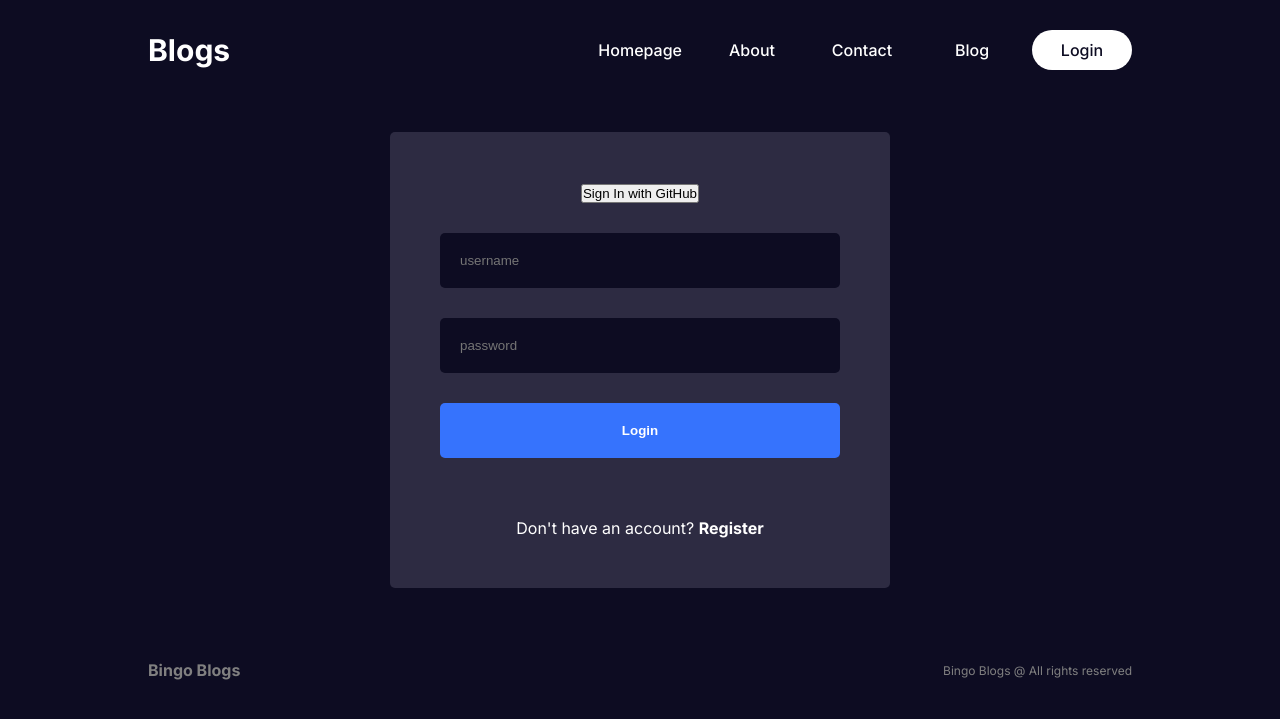
Repository: Kisho14/Blog-Post-Next.js
Page: /login
An editor plug-in stored every save of this project. The page is shown before and after the next save, followed by the edit.
The browser window is 1280 px wide. The pictures show the whole page.
The page's requests for data from a server got no answer. The project was rebuilt for these pictures with package versions that can differ from the ones it lists, and the page was loaded fresh each time. The framework's server and built-in components were replaced by stand-ins that run in the browser. No one was signed in, and anything a server would have sent is missing. Also part of the build but not shown: next.config.mjs. Imported but missing from the stored project, and not drawn on this page: src/lib/models.

Above is the page before, as saved 2024-04-08 16:42:07.

### src/app/layout.js
import { Inter } from "next/font/google";
import "./globals.css";
import Navbar from "@/components/navbar/Navbar";
import Footer from "@/components/footer/Footer";

const inter = Inter({ subsets: ["latin"] });

export const metadata = {
  title: {
    default: "Bingo Blog Homepage",
      template:"%s | Bingo Blog"
  },
  description: "Created and developed by Kishore Dev",
};

export default function RootLayout({ children }) {
  return (
    <html lang="en">
      <body className={inter.className}>
        <div className="container">
          <Navbar />
          {children}
          <Footer />
        </div>
      </body>
    </html>
  );
}

### src/app/(auth)/login/page.jsx
import LoginForm from "@/components/loginForm/LoginForm";
import { handleGithubLogin } from "@/lib/action";
import React from "react";
import styles from './login.module.css'

const LoginPage = async () => {
  return (
    <div className={styles.container}>
      <div className={styles.wrapper}>
        <form action={handleGithubLogin}>
          <button className={styles.github}>Sign In with GitHub</button>
        </form>
        <LoginForm />
      </div>
    </div>
  );
};

export default LoginPage;

### src/app/globals.css
/* @tailwind base;
@tailwind components;
@tailwind utilities; */

/* we can use these variable in any component or page */
:root {
  --bg: #0d0c22;
  --bgSoft: #2d2b42;
  --text: white;
  --textSoft: #e5e5e5;
  --btn: #3673fd;
}

* {
  margin: 0;
  padding: 0;
  box-sizing: border-box;
}

body {
  background-color: var(--bg);
  color: var(--text);
}

a {
  text-decoration: none;
  color: inherit;
}

.container {
  /* background-color: purple; */
  width: 1326px;
  margin: auto;
  padding-left: 50px;
  padding-right: 50px;
  min-height: 100vh;
  display: flex;
  flex-direction: column;
  justify-content: space-between;
}

@media (max-width: 1326px) {
  .container {
    width: 1280px;
  }
}
@media (max-width: 1280px) {
  .container {
    width: 1024px;
    padding-left: 20px;
    padding-right: 20px;
  }
}
@media (max-width: 1024px) {
  .container {
    width: 768px;
  }
}
@media (max-width: 768px) {
  .container {
    width: 640px;
  }
}
@media (max-width: 640px) {
  .container {
    width: 475px;
  }
}
@media (max-width: 475px) {
  .container {
    width: 380px;
  }
}

### src/components/navbar/Navbar.jsx
import Link from "next/link";
import React from "react";
import Links from "./links/Links";
import styles from "./navbar.module.css"
import { auth } from "@/lib/auth";

const Navbar = async () => {

const session = await auth();

// console.log(session)

  return (
    <div className={styles.container}>
      <Link href="/" className={styles.logo}>Blogs</Link>
      <div>
        <Links session={session}/>
      </div>
    </div>
  );
};

export default Navbar;

### src/components/footer/Footer.jsx
import React from 'react'
import styles from './footer.module.css'

const Footer = () => {
  return (
    <div className={styles.container}>
      <div className={styles.logo}>Bingo Blogs</div>
      <div className={styles.text}>Bingo Blogs @ All rights reserved</div>
    </div>
  )
}

export default Footer

### src/components/loginForm/LoginForm.jsx
"use client"
import React, { useEffect } from "react";
import styles from "./loginForm.module.css";
import { login } from "@/lib/action";
import { useFormState } from "react-dom";
import Link from "next/link";
import { useRouter } from "next/navigation";

const LoginForm = () => {
  const [state, formAction] = useFormState(login, undefined);

  const router = useRouter();

//   useEffect(()=>{
//     state?.success && router.push('/login')
//   },[state?.success, router])

  return (
    <form className={styles.form} action={formAction}>
      <input type="text" placeholder="username" name="username" />
      <input type="password" placeholder="password" name="password" />
      <button>Login</button>
      <span className={styles.errorMsg}>{state?.error}</span>
      <Link href="/Register">
        {"Don't have an account?"} <b>Register</b>
      </Link>
    </form>
  );
};

export default LoginForm;

### src/lib/action.js
"use server";
import { revalidatePath } from "next/cache";
import { Post, User } from "./models";
import { connectToDb } from "./utils";
import { signIn, signOut } from "./auth";
import bcrypt from "bcrypt";

export const addPost = async (formData) => {
  // const title = formData.get("title")
  // const desc = formData.get("desc")
  // const slug = formData.get("slug")
  // const userId = formData.get("userId")

  const { title, desc, slug, userId } = Object.fromEntries(formData);

  try {
    connectToDb();
    const newPost = new Post({
      title,
      desc,
      slug,
      userId,
    });

    await newPost.save();
    console.log("saved to db");
    //The cache is invalid only when this path is accessed.
    revalidatePath("/blog");
  } catch (err) {
    console.log(err);
    return { error: "Something went wrong" };
  }
};

export const deletePost = async (formData) => {
  const { id } = Object.fromEntries(formData);

  try {
    connectToDb();
    await Post.findByIdAndDelete(id);
    console.log("deleted from db");
    //The cache is invalid only when this path is accessed. and data's are refreshed.
    revalidatePath("/blog");
  } catch (err) {
    console.log(err);
    return { error: "Something went wrong" };
  }
};

export const handleGithubLogin = async () => {
  "use server";
  await signIn("github");
};

export const handleLogout = async () => {
  "use server";
  await signOut();
};

export const register = async (previousState, fromData) => {
  const { username, email, password, passwordRepeat } =
    Object.fromEntries(fromData);

  if (password !== passwordRepeat) {
    return { error: "Passwords do not match" };
  }

  try {
    connectToDb();

    const user = await User.findOne({ username: username });

    if (user) {
      return { error: "Username already exists" };
    }

    // Encrypting the password using bcrypt
    const salt = await bcrypt.genSalt(10);
    const hashedPassword = await bcrypt.hash(password, salt);

    const newUser = new User({
      username,
      email,
      password: hashedPassword,
    });

    await newUser.save();
    console.log("User saved to the database");

    return { success: true };
  } catch (err) {
    console.log(err);
    return { error: "Something went wrong" };
  }
};

export const login = async (fromData) => {
  const { username, password } = Object.fromEntries(fromData);

  try {
    await signIn("credentials", { username, password });
  } catch (err) {
    console.log(err);
    return { error: "Something went wrong" };
  }
};

### src/app/(auth)/login/login.module.css
.container {
    display: flex;
    align-items: center;
    justify-content: center;
  }

  .wrapper {
    width: 500px;
    background-color: var(--bgSoft);
    padding: 50px;
    display: flex;
    flex-direction: column;
    text-align: center;
    gap: 30px;
    border-radius: 5px;
  }

### src/components/navbar/links/Links.jsx
"use client";
import React, { useState } from "react";
import styles from "./links.module.css";
import NavLink from "./navLink/navLink";
import Image from "next/image";
import { handleLogout } from "@/lib/action";

const links = [
  {
    title: "Homepage",
    path: "/",
  },
  {
    title: "About",
    path: "/about",
  },
  {
    title: "Contact",
    path: "/contact",
  },
  {
    title: "Blog",
    path: "/blog",
  },
];

const Links = ({session}) => {
  const [open, setOpen] = useState(false);

  // TEMPORARY
  const isAdmin = true;

  return (
    <div className={styles.container}>
      <div className={styles.links}>
        {links.map((link) => (
          <NavLink link={link} key={link.title} />
        ))}
        {session?.user ? (
          <>
            {session.user?.isAdmin && <NavLink link={{ title: "Admin", path: "/admin" }} />}
            <form action={handleLogout}>
              <button className={styles.logout}>Logout</button>
            </form>
          </>
        ) : (
          <NavLink link={{ title: "Login", path: "/login" }} />
        )}
      </div>
      <Image
        className={styles.menuButton}
        src="/menu.png"
        alt=""
        width={30}
        height={30}
        onClick={() => setOpen((prev) => !prev)}
      />
      {open && (
        <div className={styles.mobileLinks}>
          {links.map((link) => (
            <NavLink link={link} key={link.title} />
          ))}
        </div>
      )}
    </div>
  );
};

export default Links;

### src/components/navbar/navbar.module.css
.container{
    height: 100px;
    display: flex;
    align-items: center;
    justify-content: space-between;
}

.logo{
    font-size: 30px;
    font-weight: bold;
    padding-right: 20px;
}

### src/lib/auth.js
import NextAuth from "next-auth";
import GitHub from "next-auth/providers/github";
import CredentialsProvider from "next-auth/providers/credentials";
import { connectToDb } from "./utils";
import { User } from "./models";
import bcrypt from "bcrypt";

const login = async (credentials) => {
  try {
    connectToDb();
    const user = await User.findOne({ username: credentials.username });

    if (!user) {
      return "User not found";
    }
    const isPasswordCorrect = await bcrypt.compare(
      credentials.password,
      user.password
    );

    if (!isPasswordCorrect) {
      throw new Error("Wrong credentials!");
    }

    return user;
  } catch (err) {
    console.log(err);
    throw new Error("Failed to login");
  }
};

export const {
  handlers: { GET, POST },
  auth,
  signIn,
  signOut,
} = NextAuth({
  providers: [
    // Using this provider we can create the user session
    GitHub({
      clientId: process.env.GITHUB_ID,
      clientSecret: process.env.GITHUB_SECRET,
    }),
    CredentialsProvider({
      async authorize(credentials) {
        console.log("Hey there!")
        try {
          const user = await login(credentials)
          return user;
        } catch (err) {
          return null;
        }
      },
    }),
  ],
  callbacks: {
    async signIn({ user, account, profile }) {
      // console.log(profile)
      if (account.provider === "github") {
        connectToDb();
        try {
          const user = await User.findOne({ email: profile.email });

          if (!user) {
            const newUser = new User({
              username: profile.login,
              email: profile.email,
              img: profile.avatar_url,
            });

            await newUser.save();
          }
        } catch (err) {
          console.log(err);
          return false;
        }
      }
      return true;
    },
  },
});

### src/components/footer/footer.module.css
.container{
    height: 100px;
    display: flex;
    align-items: center;
    justify-content: space-between;
    color: gray;
}

.logo{
    font-weight: bold;
}

.text{
    font-size: 12px;
}

@media (max-width:768px){
    .container{
        flex-direction: column;
        align-items: center;
        justify-content: space-around;
    }
}

### src/components/loginForm/loginForm.module.css
.form {
    display: flex;
    flex-direction: column;
    text-align: center;
    gap: 30px;
  }

  .form input {
    padding: 20px;
    background-color: var(--bg);
    color: var(--text);
    border: none;
    border-radius: 5px;
  }

  .form button {
    padding: 20px;
    cursor: pointer;
    background-color: var(--btn);
    color: var(--textColor);
    font-weight: bold;
    border: none;
    border-radius: 5px;
  }

  .errorMsg {
    color: red;
  }

### src/lib/utils.js
const { default: mongoose } = require("mongoose");

// If we are working in dev mode, whenever we refresh our application it will create a new connection to db.
const connection = {
    isConnected: false,
};

export const connectToDb = async () => {
  try {
    if(connection.isConnected){
        console.log("Using existing connection")
        return;
    }
    const db = await mongoose.connect(process.env.MONGO);
    connection.isConnected = db.connections[0].readyState;
  } catch (error) {
    console.error(error)
    // handleError(error);
  }
};

### src/components/navbar/links/links.module.css
.links {
  display: flex;
  align-items: center;
  gap: 10px;
}

.logout {
  padding: 10px;
  cursor: pointer;
  font-weight: bold;
}

.menuButton,
.mobileLinks {
  display: none;
}

@media (max-width: 768px) {
  .links {
    display: none;
  }

  .menuButton {
    display: block;
    cursor: pointer;
  }

  .mobileLinks {
    position: absolute;
    top: 100px;
    right: 0;
    width: 50%;
    height: calc(100vh - 100px);
    background-color: var(--bg);
    display: flex;
    flex-direction: column;
    align-items: center;
    justify-content: center;
    gap: 10px;
  }
}

### src/components/navbar/links/navLink/navLink.jsx
"use client";
import React from "react";
import styles from "./navLink.module.css";
import Link from "next/link";
import { usePathname } from "next/navigation";

const NavLink = ({ link }) => {
  // It is used to get the path name from the url
  const pathName = usePathname();

  return (
    <Link
      href={link.path}
      className={`${styles.container} ${
        pathName === link.path && styles.active
      }`}
    >
      {link.title}
    </Link>
  );
};

export default NavLink;

Loaded but not shown: src/components/navbar/links/navLink/navLink.module.css (common file); tailwind.config.js (common file)

After the next save:
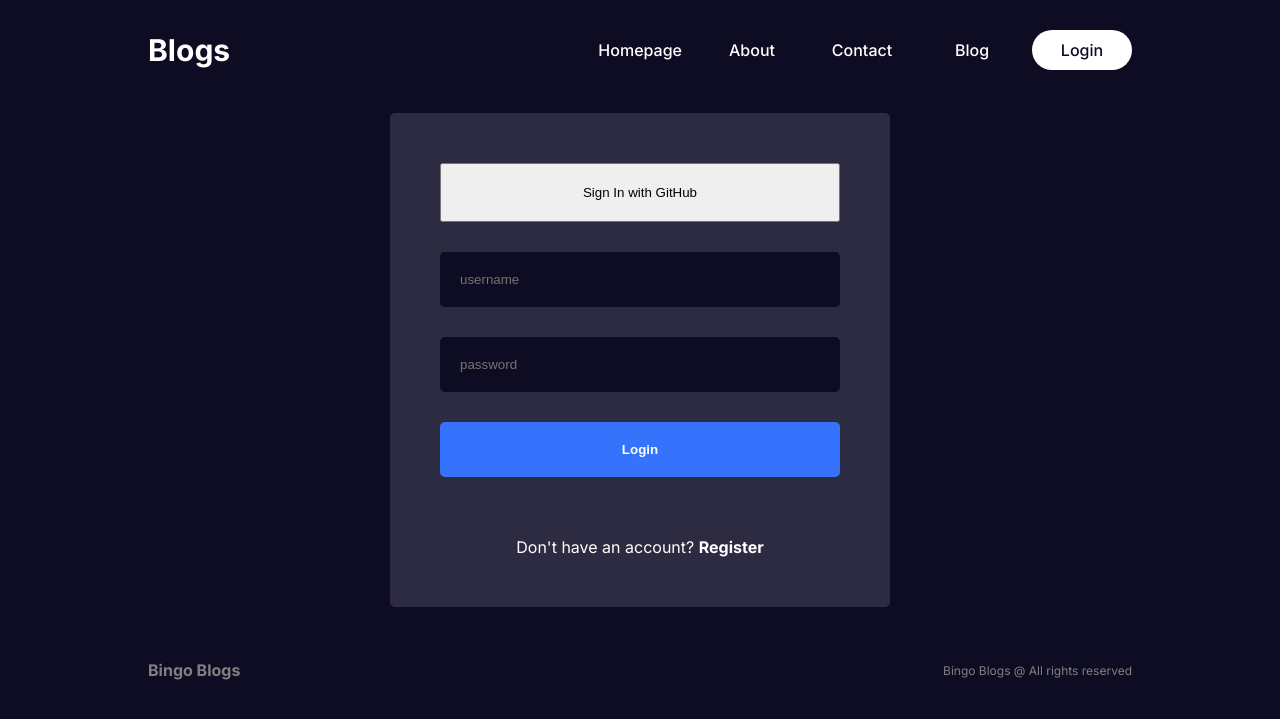
Saved 3 s later.
--- a/src/app/(auth)/login/login.module.css
+++ b/src/app/(auth)/login/login.module.css
@@ -14,3 +14,9 @@
     gap: 30px;
     border-radius: 5px;
   }
+
+  .github{
+    width: 100%;
+    padding: 20px;
+    cursor: pointer;
+  }
